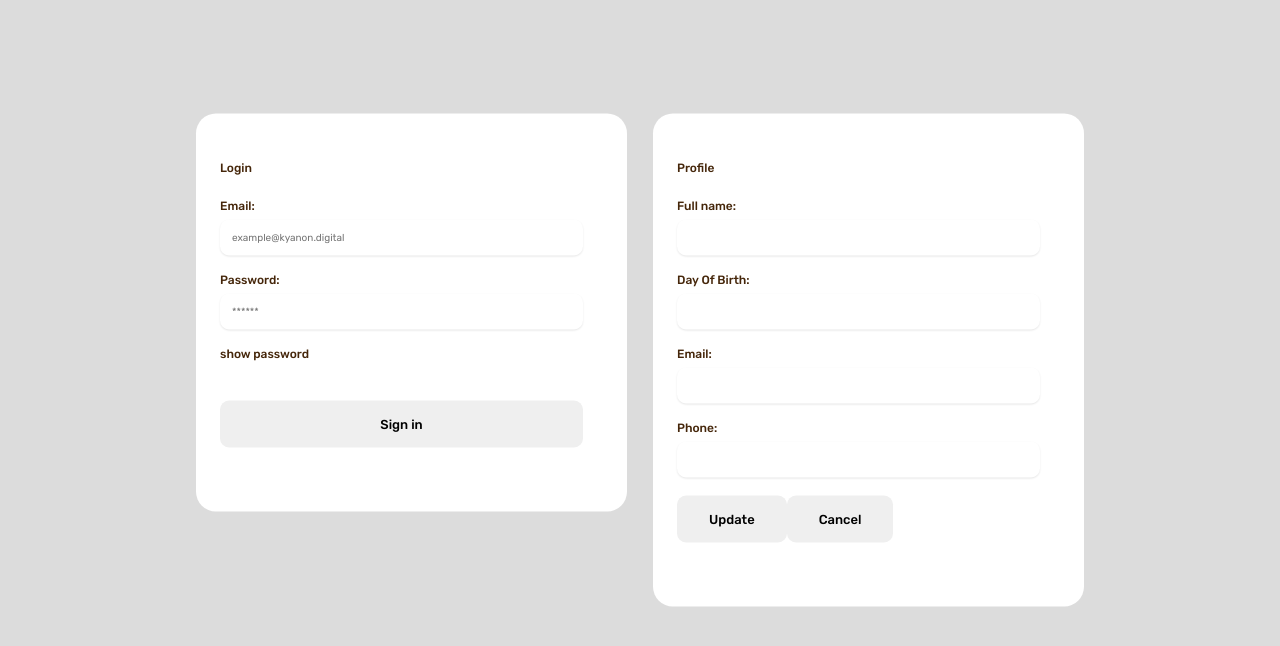
Repository: lethetiem/demon-test
Page: /
The author's editor kept a copy of each file at every save. The page is drawn from the files as they stood at one save, then again after the next save.
The browser window is 1280 px wide. The pictures show the whole page.
The project was rebuilt for these pictures with package versions that can differ from the ones it lists, and the page was loaded fresh each time.

Above is the page before, as saved 2023-03-15 14:11:49.

After the next save:
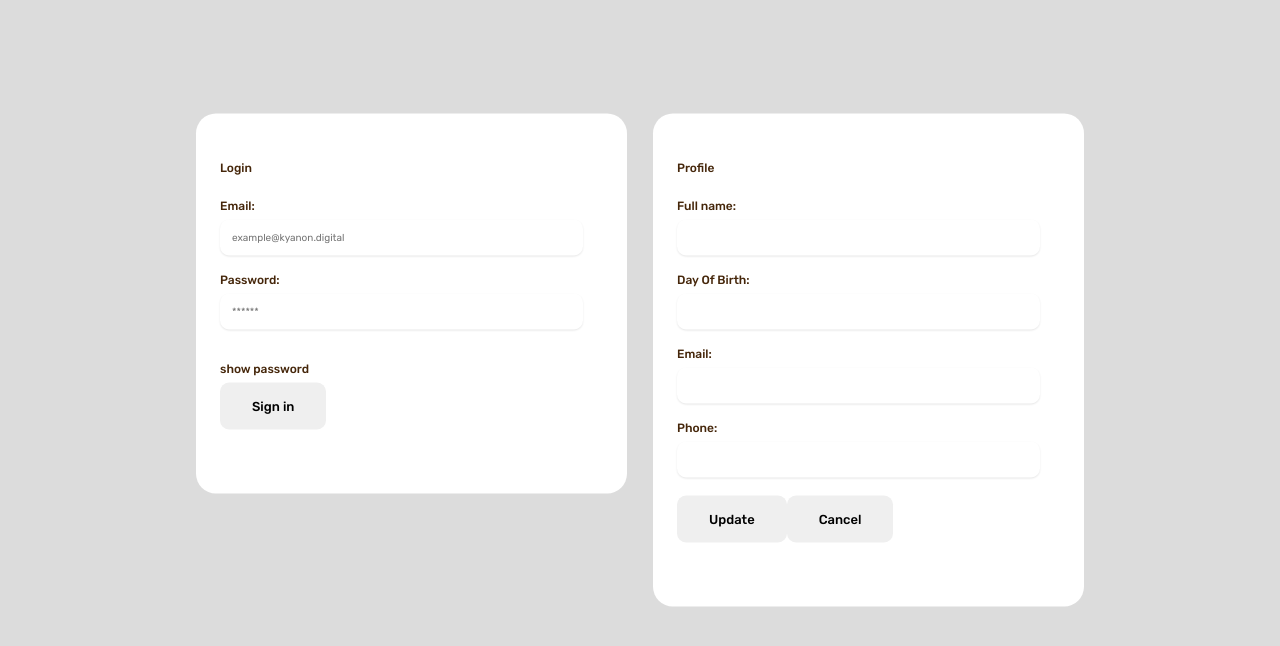
Saved 2 min 0 s later.
--- a/src/components/Login/Login.jsx
+++ b/src/components/Login/Login.jsx
@@ -32,16 +32,15 @@ const Login = () => {
         </div>
 
         <div className="password-checkbox">
-          <label htmlFor="check-box">show password</label>
           <input
             id="check-box"
             className="checkbox-input"
             type="checkbox"
             name="check-box"
           ></input>
+          <label htmlFor="check-box">show password</label>
+          <button className="btn btn--form">Sign in</button>
         </div>
-
-        <button className="btn btn--form">Sign in</button>
       </form>
     </div>
   );
